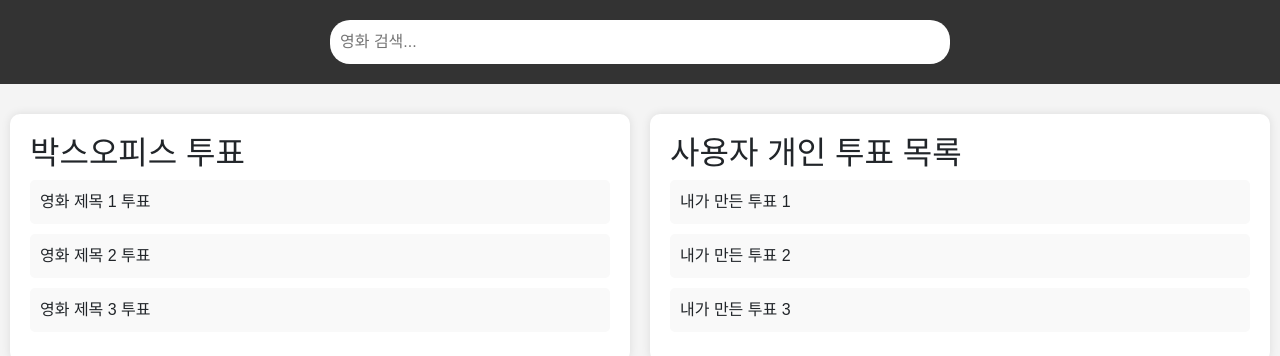
Repository: Seonghyeon8983/CinePick
Page: http://localhost/CinePick/WEB-INF/vote/votelist.jsp
An editor plug-in stored every save of this project. The page is shown before and after the next save, followed by the edit.
The browser window is 1280 px wide. The pictures show the whole page.
The page is served by Tomcat 9. Nobody is signed in. The template is opened directly, without the code that normally fills it, so the values that code supplies are empty.

Above is the page before, as saved 2025-03-05 08:08:16.

After the next save:
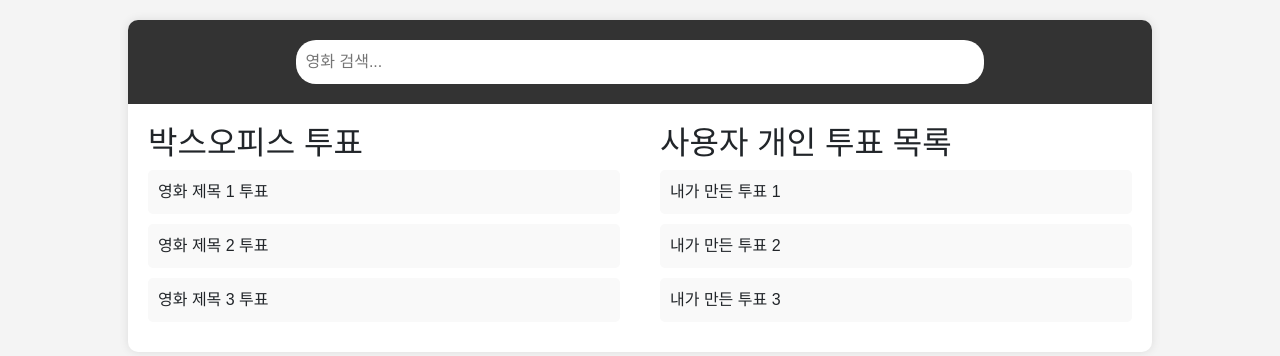
Saved 17 min 51 s later.
--- a/CinePick/src/main/webapp/WEB-INF/vote/votelist.jsp
+++ b/CinePick/src/main/webapp/WEB-INF/vote/votelist.jsp
@@ -1,7 +1,6 @@
 <%@ page language="java" contentType="text/html; charset=UTF-8"
     pageEncoding="UTF-8"%>
 <%@ taglib prefix="c" uri="http://java.sun.com/jsp/jstl/core" %>
-<%@ taglib prefix="fmt" uri="http://java.sun.com/jsp/jstl/fmt" %>
 <!DOCTYPE html>
 <html>
 <head>
@@ -14,28 +13,31 @@
             font-family: 'Arial', sans-serif;
             background-color: #f4f4f4;
         }
+        .main-container {
+            background-color: white;
+            margin: 20px auto; /* 중앙 정렬 */
+            width: 80%; /* 적절한 너비 설정 */
+            border-radius: 10px;
+            box-shadow: 0 0 10px rgba(0,0,0,0.1);
+            overflow: hidden; /* 내용이 넘치지 않도록 */
+        }
         .search-container {
             background-color: #333;
             padding: 20px;
             text-align: center;
         }
         .search-input {
-            width: 50%;
+            width: 70%; /* 검색창 너비 증가 */
             padding: 10px;
             border-radius: 20px;
             border: none;
         }
         .content-container {
             display: flex;
-            margin-top: 20px;
         }
         .vote-section {
             flex: 1;
-            background-color: white;
-            margin: 10px;
             padding: 20px;
-            border-radius: 10px;
-            box-shadow: 0 0 10px rgba(0,0,0,0.1);
         }
         .vote-item {
             background-color: #f9f9f9;
@@ -43,32 +45,37 @@
             padding: 10px;
             border-radius: 5px;
         }
+        h2 {
+            margin-top: 0; /* 제목 상단 마진 제거 */
+        }
     </style>
 </head>
 <body>
-    <!-- 검색 섹션 -->
-    <div class="search-container">
-        <input type="text" class="search-input" placeholder="영화 검색...">
-    </div>
-
-    <!-- 콘텐츠 섹션 -->
-    <div class="content-container">
-        <!-- 박스오피스 기반 투표 목록 -->
-        <div class="vote-section">
-            <h2>박스오피스 투표</h2>
-            <!-- 여기에 실제 API 데이터를 반복하여 표시할 수 있습니다 -->
-            <div class="vote-item">영화 제목 1 투표</div>
-            <div class="vote-item">영화 제목 2 투표</div>
-            <div class="vote-item">영화 제목 3 투표</div>
+    <div class="main-container">
+        <!-- 검색 섹션 -->
+        <div class="search-container">
+            <input type="text" class="search-input" placeholder="영화 검색...">
         </div>
 
-        <!-- 사용자 개인 투표 목록 -->
-        <div class="vote-section">
-            <h2>사용자 개인 투표 목록</h2>
-            <!-- 여기에 사용자의 개인 투표 목록을 표시할 수 있습니다 -->
-            <div class="vote-item">내가 만든 투표 1</div>
-            <div class="vote-item">내가 만든 투표 2</div>
-            <div class="vote-item">내가 만든 투표 3</div>
+        <!-- 콘텐츠 섹션 -->
+        <div class="content-container">
+            <!-- 박스오피스 기반 투표 목록 -->
+            <div class="vote-section">
+                <h2>박스오피스 투표</h2>
+                <!-- 여기에 실제 API 데이터를 반복하여 표시할 수 있습니다 -->
+                <div class="vote-item">영화 제목 1 투표</div>
+                <div class="vote-item">영화 제목 2 투표</div>
+                <div class="vote-item">영화 제목 3 투표</div>
+            </div>
+
+            <!-- 사용자 개인 투표 목록 -->
+            <div class="vote-section">
+                <h2>사용자 개인 투표 목록</h2>
+                <!-- 여기에 사용자의 개인 투표 목록을 표시할 수 있습니다 -->
+                <div class="vote-item">내가 만든 투표 1</div>
+                <div class="vote-item">내가 만든 투표 2</div>
+                <div class="vote-item">내가 만든 투표 3</div>
+            </div>
         </div>
     </div>
 
